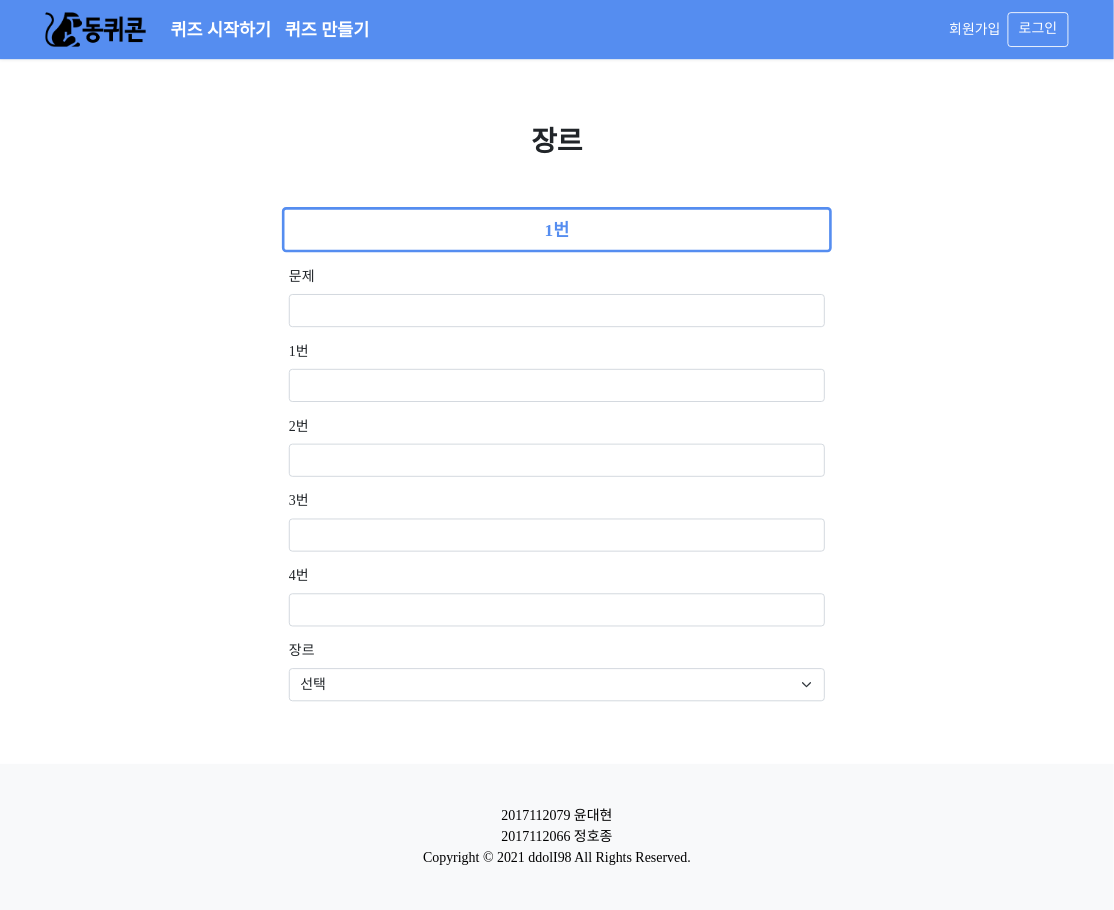
Repository: eogus0512/Quiz_WebProject
Page: http://localhost/Quiz_WebProject/solveQuiz.jsp
These files come from the project's save history. The page is drawn as it stood at one moment and after the next save; the edit follows.
The browser window is 1280 px wide. The pictures show the whole page, at 87% of full size.
Some web fonts or font styles are not loaded; a fallback is used. The page is served by Tomcat 9. Other server files are loaded and not shown.

Above is the page before, as saved 2021-10-28 14:23:09.

### Quiz_WebProject/WebContent/solveQuiz.jsp
<%@ page language="java" contentType="text/html;charset=UTF-8" pageEncoding="UTF-8" %>
<%@ page import="java.io.PrintWriter"%>
<!DOCTYPE html>
<html>
<head>
    <meta http-equiv="Content-Type" content="text/html"; charset="UTF-8">
    <meta name="viewport" content="width=device-width, initial-scale=1, shrink-to-fit=no">
    <title>동퀴콘</title>
    <link rel="stylesheet" href="./css/bootstrap.min.css">
    <link rel="stylesheet" href="./css/custom.css">
    <link rel="icon" href="./img/favicon.png">
</head>
<body>
<nav class="navbar navbar-expand-lg navbar-light fixed-top shadow-sm" style="background-color: #558DF0;">
    <div class="container-xxl d-flex align-items-md-center" style="width:1200px">
        <a class="navbar-brand" href="index.jsp"><img src="./img/mainIcon.png" class="rounded float-start" width="120"></a>
        <button class="navbar-toggler" type="button" data-bs-toggle="collapse" data-bs-target="#navbarSupportedContent" aria-controls="navbarSupportedContent" aria-expanded="false" aria-label="Toggle navigation">
            <span class="navbar-toggler-icon"></span>
        </button>
        <div class="collapse navbar-collapse" id="navbarSupportedContent">
            <ul class="navbar-nav me-auto">
                <li class="nav-item">
                    <a class="nav-link" href="#" style="font-size:15pt; color:white;"><b>퀴즈 시작하기</b></a>
                </li>
                <li class="nav-item">
                    <a class="nav-link" href="registerQuiz.jsp" style="font-size:15pt; color:white;"><b>퀴즈 만들기</b></a>
                </li>
            </ul>
            <%
                String loginID = null;
                String userName = null;
                if(session.getAttribute("loginID") != null) {
                    loginID = (String) session.getAttribute("loginID");
                    userName = (String) session.getAttribute("userName");
                }
                if(loginID == null) {
            %>
            <ul class="navbar-nav">
                <a class="nav-link" aria-current="page" href="signUp.jsp" style="color:white">회원가입</a>
                <a class="btn btn-outline-primary" href="login.jsp" style="border-color: white; color: white">로그인</a>
            </ul>
            <%
            } else {
            %>
            <ul class="navbar-nav d-flex">
                <li class="nav-item dropdown">
                    <a class="nav-link dropdown-toggle" href="#" id="navbarDropdown" role="button" data-bs-toggle="dropdown" aria-expanded="false">
                        <%=userName %> 님
                    </a>
                    <ul class="dropdown-menu" aria-labelledby="navbarDropdown" style="background-color: #FAF1D6;">
                        <li><a class="dropdown-item" href="myPage.jsp">마이페이지</a></li>
                        <li><a class="dropdown-item" href="#">1:1 문의</a></li>
                        <li><hr class="dropdown-divider"></li>
                        <li><a class="dropdown-item" href="logout.jsp">로그아웃</a></li>
                    </ul>
                </li>
            </ul>
            <%
                }
            %>
        </div>
    </div>
</nav>
<br><br><br><br>
<div class="py-5 text-center">
    <h2><b>장르</b></h2>
</div>
<div class="container col-md-6">
    <form method="post" action="action/signUpAction.jsp">
        <div class="row g-3">
            <button class="w-100 btn-lg" type="submit" style="background-color: white; color:#558DF0; border:3px solid #558DF0"><b>1번</b></button>
            <div class="col-12">
                <label for="question" class="form-label">문제</label>
                <input type="text" class="form-control" name="question" id="question" placeholder="" value="" required>
            </div>
            <div class="col-12">
                <label for="first" class="form-label">1번</label>
                <input type="text" class="form-control" name="first" id="first" placeholder="" value="" required>
            </div>
            <div class="col-12">
                <label for="second" class="form-label">2번</label>
                <input type="text" class="form-control" name="second" id="second" placeholder="" value="" required>
            </div>
            <div class="col-12">
                <label for="third" class="form-label">3번</label>
                <input type="text" class="form-control" name="third" id="third" placeholder="" value="" required>
            </div>
            <div class="col-12">
                <label for="fourth" class="form-label">4번</label>
                <input type="text" class="form-control" name="fourth" id="fourth" placeholder="" value="" required>
            </div>
            <div class="col-12">
                <label for="answer" class="form-label">장르</label>
                <select class="form-select" name="answer" id="answer" required>
                    <option>선택</option>
                    <option>1번</option>
                    <option>2번</option>
                    <option>3번</option>
                    <option>4번</option>
                </select>
            </div>
        </div><br><br>

    </form>
</div>
<footer class="bg-light mt-4 p-5 text-center" style="color: #000000;">
    2017112079 윤대현<br>2017112066 정호종<br>
    Copyright &copy; 2021 ddolI98 All Rights Reserved.
</footer>
<script src="./js/jquery.min.js"></script>
<script src="./js/popper.js"></script>
<script src="./js/bootstrap.min.js"></script>
</body>
</html>

### Quiz_WebProject/WebContent/css/custom.css
@import url(https://fonts.googleapis.com/earlyaccess/nanumgothic.css);
.navbar-brand, h1, h2, h3, h4 {
    font-family: 'Nanum Gothic';
}
h5 {
    font-family: 'Nanum Gothic';
    font-size: 18px;
}
body {
    font-family: 'Nanum Gothic';
}

Loaded but not shown: Quiz_WebProject/WebContent/css/bootstrap.min.css (library); Quiz_WebProject/WebContent/js/jquery.min.js (library); Quiz_WebProject/WebContent/js/popper.js (library); Quiz_WebProject/WebContent/js/bootstrap.min.js (library)

After the next save:
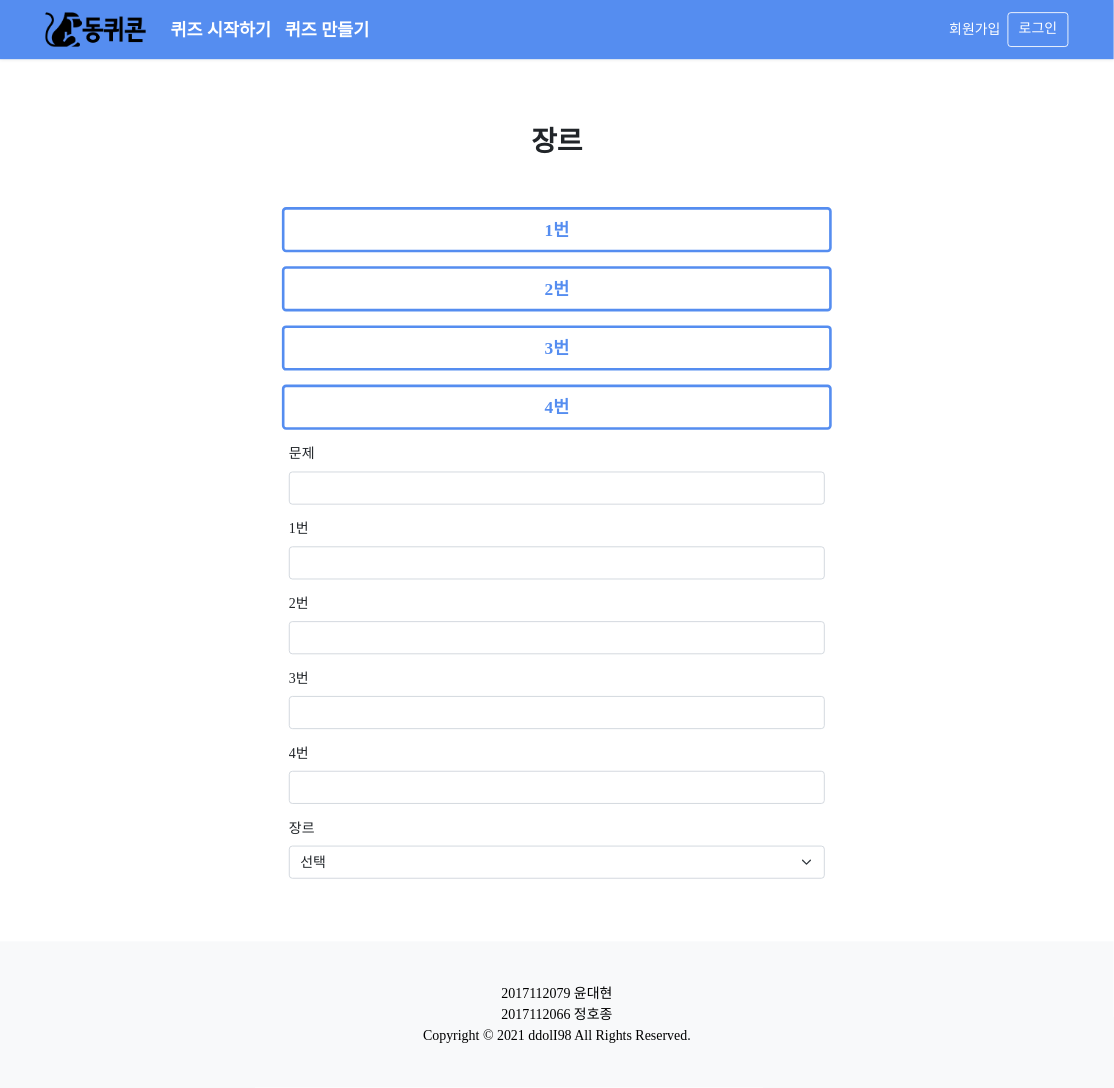
Saved 38 s later.
--- a/Quiz_WebProject/WebContent/solveQuiz.jsp
+++ b/Quiz_WebProject/WebContent/solveQuiz.jsp
@@ -69,6 +69,9 @@
     <form method="post" action="action/signUpAction.jsp">
         <div class="row g-3">
             <button class="w-100 btn-lg" type="submit" style="background-color: white; color:#558DF0; border:3px solid #558DF0"><b>1번</b></button>
+            <button class="w-100 btn-lg" type="submit" style="background-color: white; color:#558DF0; border:3px solid #558DF0"><b>2번</b></button>
+            <button class="w-100 btn-lg" type="submit" style="background-color: white; color:#558DF0; border:3px solid #558DF0"><b>3번</b></button>
+            <button class="w-100 btn-lg" type="submit" style="background-color: white; color:#558DF0; border:3px solid #558DF0"><b>4번</b></button>
             <div class="col-12">
                 <label for="question" class="form-label">문제</label>
                 <input type="text" class="form-control" name="question" id="question" placeholder="" value="" required>
